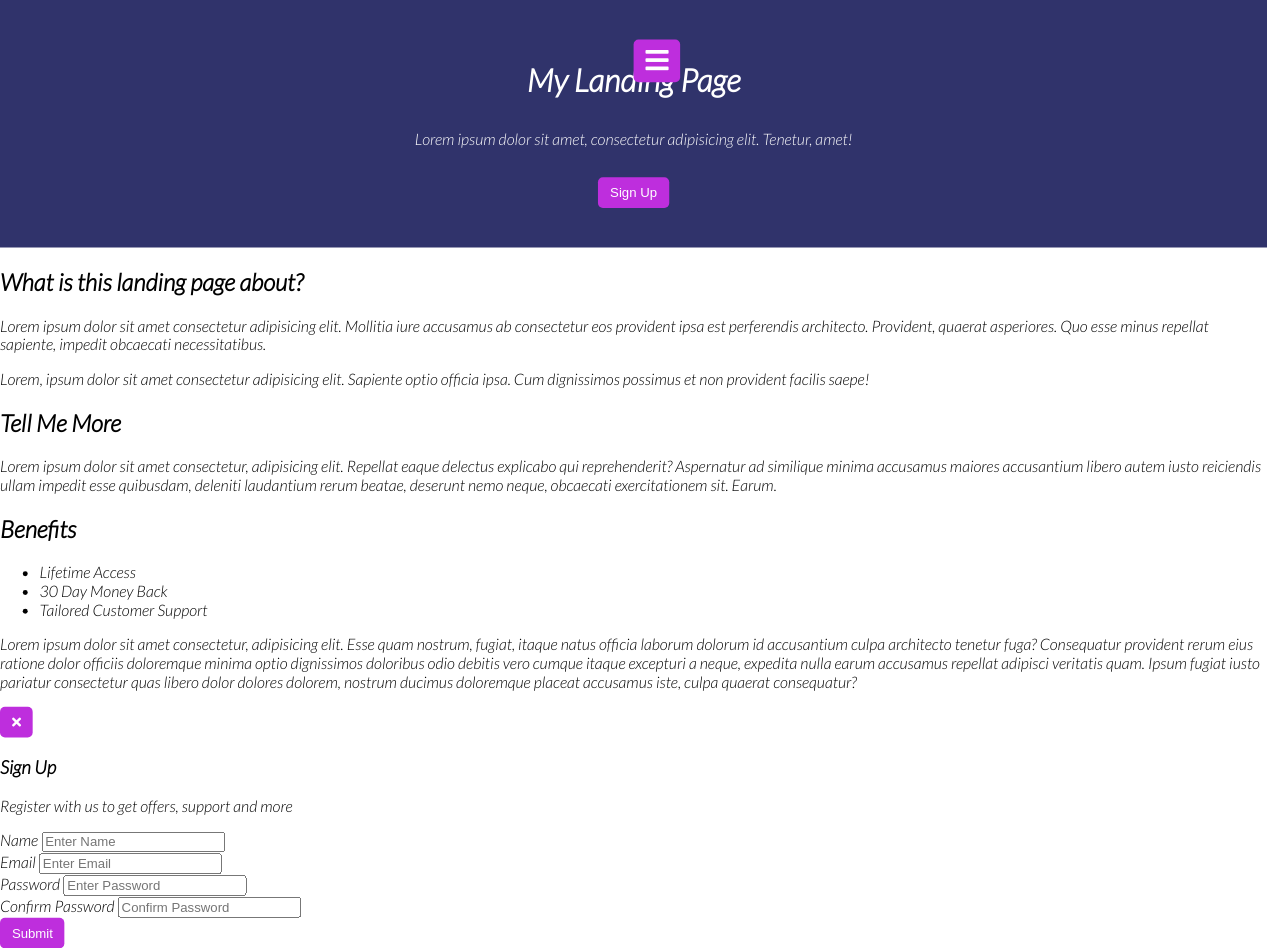
Repository: CAMPSLOPY/MenuSliderWithLandingPage
Page: index.html
The author's editor kept a copy of each file at every save. The page is drawn from the files as they stood at one save, then again after a run of saves.
The browser window is 1280 px wide. The pictures show the whole page, at 99% of full size.
Some web libraries are served in a nearby version.

Above is the page before, as saved 2021-01-21 15:01:24.

After the next 3 saves:
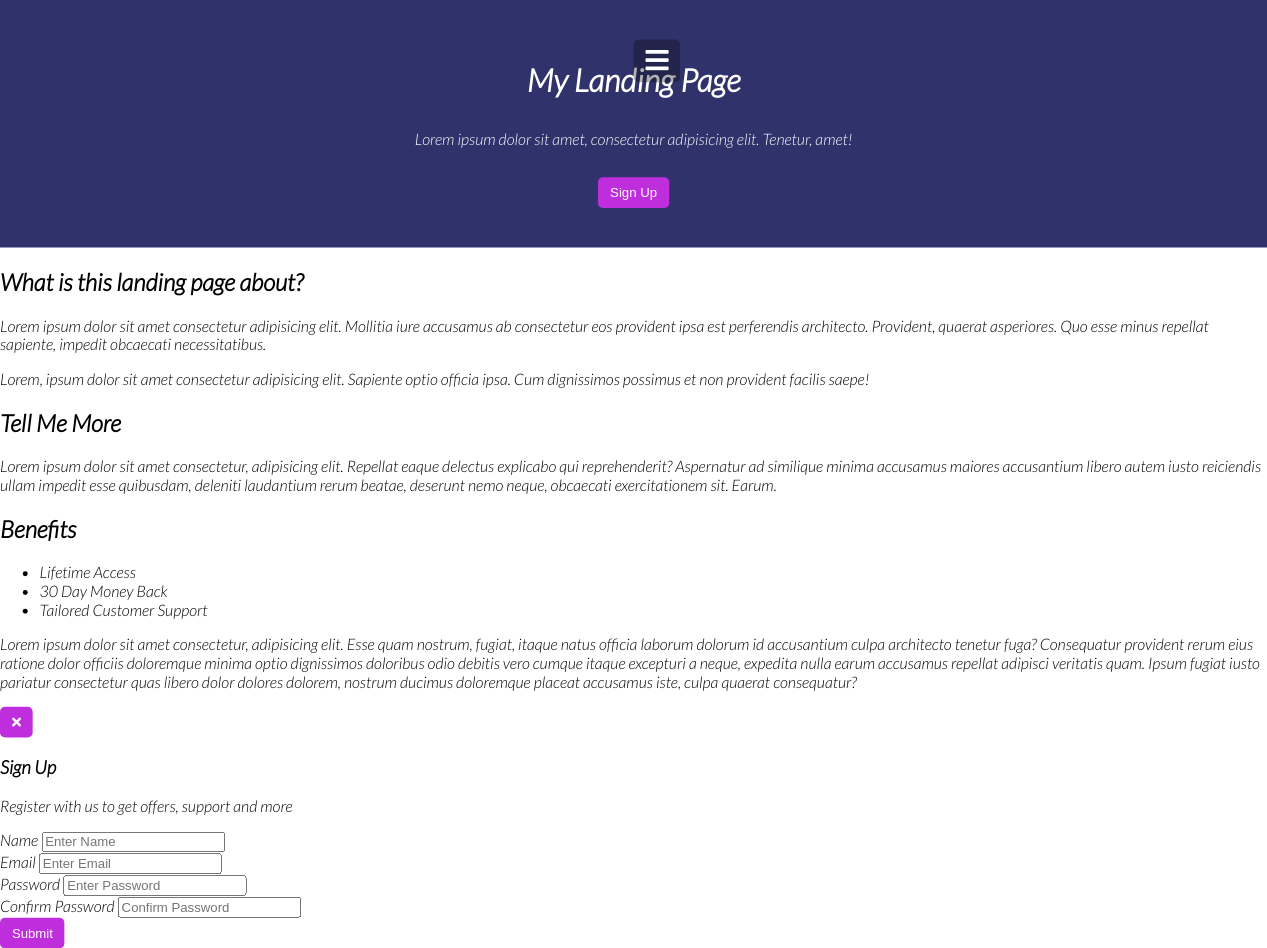
The 3 saves are shown as one change because they came seconds apart.
The last was saved 12 s later.
--- a/styles.css
+++ b/styles.css
@@ -89,5 +89,5 @@ button:focus {
 
 .toggle{
     position: absolute;
-    background: rgba(red, green, blue, alpha);
+    background: rgba(0,0,0,0.3);
 }
